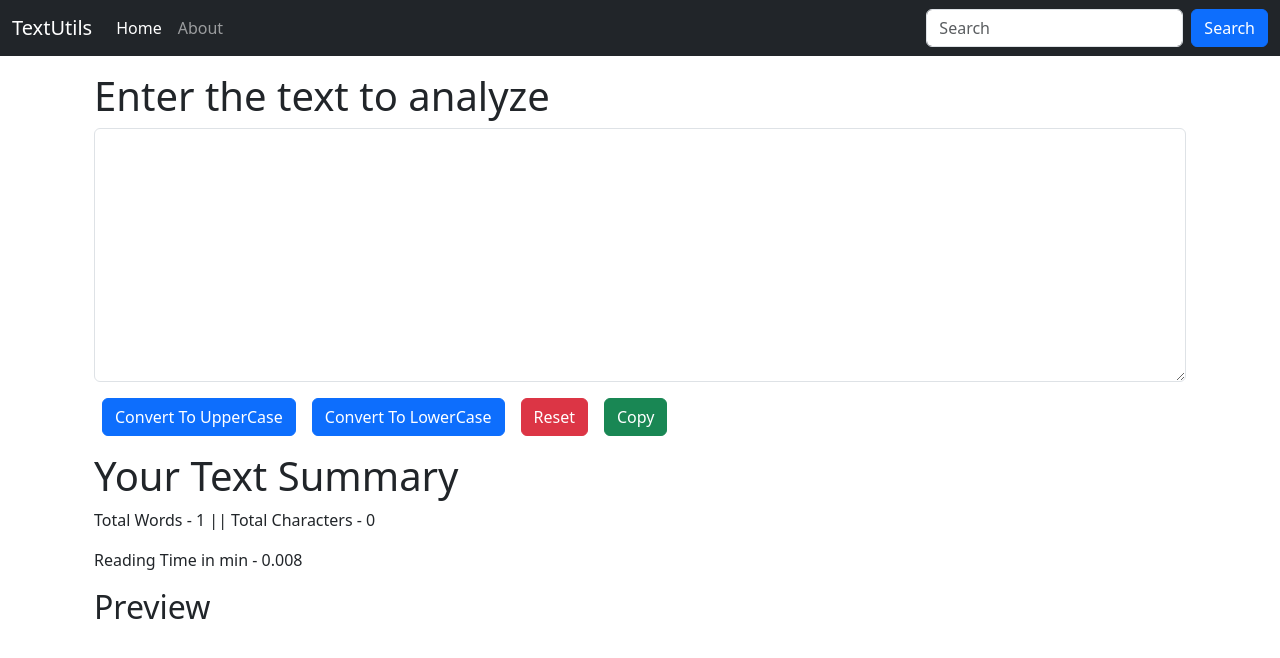
Repository: Rohit-foryou/Text-Utils
Page: /
An editor plug-in stored every save of this project. The page is shown before and after the next save, followed by the edit.
The browser window is 1280 px wide. The pictures show the whole page.
The project was rebuilt for these pictures with package versions that can differ from the ones it lists, and the page was loaded fresh each time. Also part of the build but not shown: src/index.css, src/App.css.

Above is the page before, as saved 2023-12-20 21:50:14.

### public/index.html
<!DOCTYPE html>
<html lang="en">
  <head>
    <meta charset="utf-8" />
    <link rel="icon" href="%PUBLIC_URL%/favicon.ico" />
    <meta name="viewport" content="width=device-width, initial-scale=1" />
    <meta name="theme-color" content="#000000" />
    <meta
      name="description"
      content="Web site created using create-react-app"
    />
    <link rel="apple-touch-icon" href="%PUBLIC_URL%/logo192.png" />
    <link rel="manifest" href="%PUBLIC_URL%/manifest.json" />

    <!-- Bootstrap CSS -->
    <link href="https://cdn.jsdelivr.net/npm/bootstrap@5.3.2/dist/css/bootstrap.min.css" rel="stylesheet" integrity="sha384-T3c6CoIi6uLrA9TneNEoa7RxnatzjcDSCmG1MXxSR1GAsXEV/Dwwykc2MPK8M2HN" crossorigin="anonymous">

    <title>React App</title>
  </head>
  <body>
    <noscript>You need to enable JavaScript to run this app.</noscript>
    <div id="root"></div>

    <script src="https://cdn.jsdelivr.net/npm/bootstrap@5.3.2/dist/js/bootstrap.bundle.min.js" integrity="sha384-C6RzsynM9kWDrMNeT87bh95OGNyZPhcTNXj1NW7RuBCsyN/o0jlpcV8Qyq46cDfL" crossorigin="anonymous"></script>
  </body>
</html>

### src/App.js
import "./App.css";
import Navbar from "./components/Navbar";
import TextForm from "./components/TextForm";


function App() {
  return (
    <>
      <Navbar title = "TextUtils" aboutText = "About"/>
      <div className="container my-3">
      <TextForm heading = "Enter the text to analyze"/>
      </div>
    </>
  );
}

export default App;

### src/components/Navbar.js
import React from 'react'
import PropTypes from 'prop-types'


export default function Navbar(props) {
  return (
    <nav className="navbar navbar-expand-lg navbar-dark bg-dark">
        <div className="container-fluid">
          <a className="navbar-brand" href="/">{props.title}</a>
          <button className="navbar-toggler" type="button" data-bs-toggle="collapse" data-bs-target="#navbarSupportedContent" aria-controls="navbarSupportedContent" aria-expanded="false" aria-label="Toggle navigation">
            <span className="navbar-toggler-icon"></span>
          </button>
          <div className="collapse navbar-collapse" id="navbarSupportedContent">
            <ul className="navbar-nav me-auto mb-2 mb-lg-0">
              <li className="nav-item">
                <a className="nav-link active" aria-current="page" href="/">Home</a>
              </li>
              <li className="nav-item">
                <a className="nav-link" href="/">{props.aboutText}</a>
              </li>
            </ul>
            <form className="d-flex" role="search">
              <input className="form-control me-2" type="search" placeholder="Search" aria-label="Search"/>
              <button className="btn btn-primary" type="submit">Search</button>
            </form>
          </div>
        </div>
      </nav>
  )
}

Navbar.propTypes = {title: PropTypes.string.isRequired,
                     AboutText: PropTypes.string}

// Navbar.defaultProps = {
//     title: 'write title',
//     aboutText: 'About',
// }

### src/components/TextForm.js
import React, {useState} from 'react'


export default function TextForm(props) {
  const handleUpClick = ()=>{
      // console.log("uppercase is clicked" + text)
      let newText =  text.toUpperCase();
      setText(newText)
  }
  const handleLowClick = ()=>{
      let newText =  text.toLowerCase();
      setText(newText)
  }
  const handleClearClick = ()=>{
      let newText =  '';
      setText(newText)
  }
  const handleCopyClick = () => {
    navigator.clipboard.writeText(text)
      .then(() => {
        console.log('Text copied to clipboard');
      })
      .catch((error) => {
        console.error('Unable to copy text to clipboard', error);
      });
  };
  const handleOnChange = (event)=>{
      // console.log("On change")
      setText(event.target.value)
  }
  const [text, setText] = useState('');
  return (
    <>
    <div className='container'>
        <h1>{props.heading}</h1>
        <div className="mb-3">
        <textarea className="form-control" value = {text} onChange={handleOnChange} id="myBox" rows="10"></textarea>
        </div>
        <button className="btn btn-primary mx-2" onClick={handleUpClick}>Convert To UpperCase</button>
        <button className="btn btn-primary mx-2" onClick={handleLowClick}>Convert To LowerCase</button>
        <button className="btn btn-danger mx-2" onClick={handleClearClick}>Reset</button>
        <button className="btn btn-success mx-2" onClick={handleCopyClick}>Copy</button>
    </div>
    <div className="container my-3">
      <h1>Your Text Summary</h1>
      <p>Total Words - {text.split(" ").length} ||  Total Characters - {text.length}</p>
      <p>Reading Time in min - {0.008*text.split(" ").length}  </p>
      <h2>Preview</h2>
      <p>{text}</p>
    </div>
    </>
  )
}

Loaded but not shown: src/index.js (common file); src/reportWebVitals.js (common file)

After the next save:
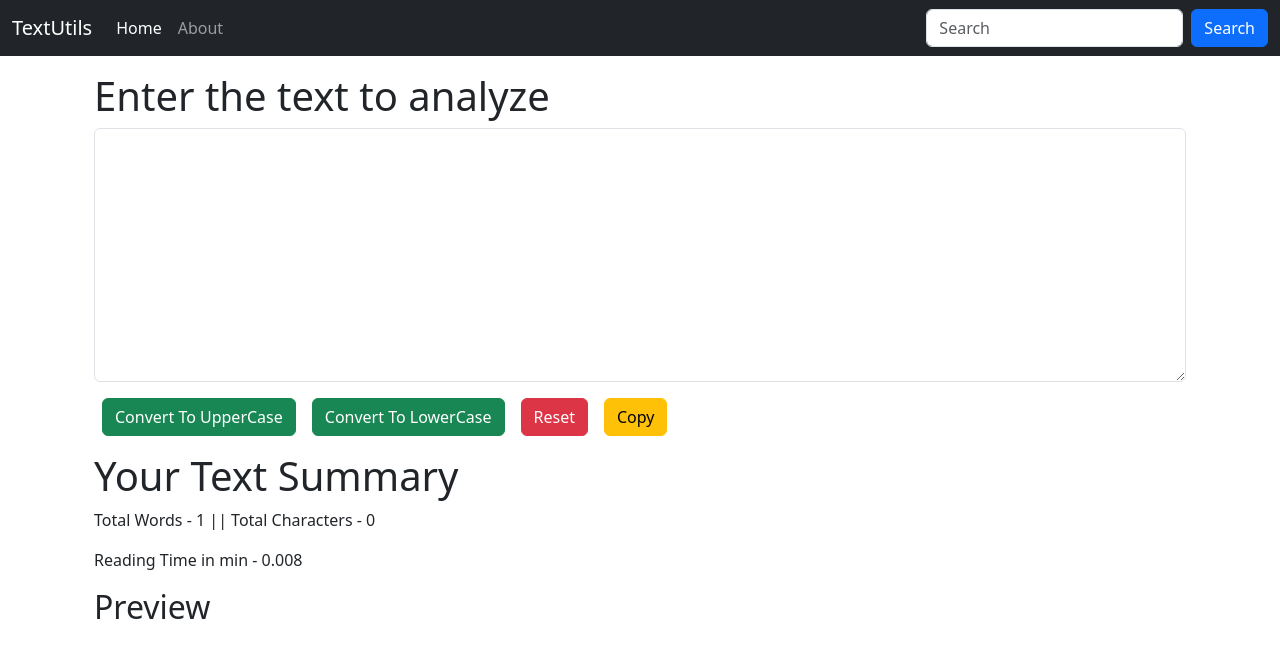
Saved 79 s later.
--- a/src/components/TextForm.js
+++ b/src/components/TextForm.js
@@ -36,10 +36,10 @@ export default function TextForm(props) {
         <div className="mb-3">
         <textarea className="form-control" value = {text} onChange={handleOnChange} id="myBox" rows="10"></textarea>
         </div>
-        <button className="btn btn-primary mx-2" onClick={handleUpClick}>Convert To UpperCase</button>
-        <button className="btn btn-primary mx-2" onClick={handleLowClick}>Convert To LowerCase</button>
+        <button className="btn btn-success mx-2" onClick={handleUpClick}>Convert To UpperCase</button>
+        <button className="btn btn-success mx-2" onClick={handleLowClick}>Convert To LowerCase</button>
         <button className="btn btn-danger mx-2" onClick={handleClearClick}>Reset</button>
-        <button className="btn btn-success mx-2" onClick={handleCopyClick}>Copy</button>
+        <button className="btn btn-warning mx-2" onClick={handleCopyClick}>Copy</button>
     </div>
     <div className="container my-3">
       <h1>Your Text Summary</h1>
